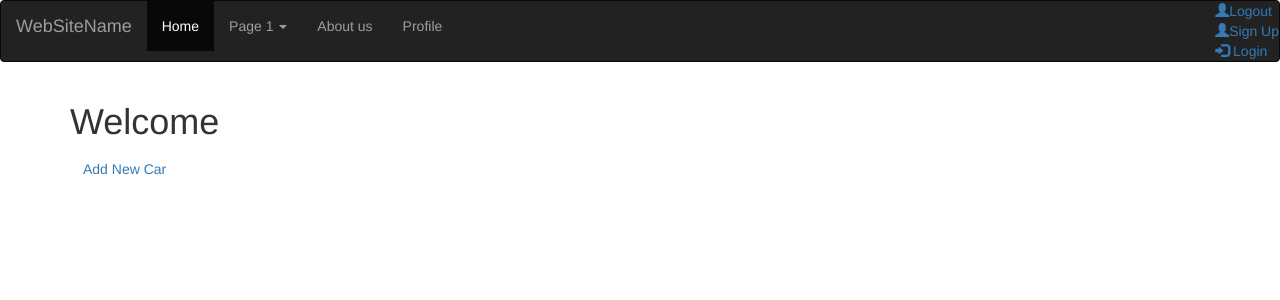
Repository: Ahmad-hamdan98/Java_Project
Page: http://localhost/javaproject/WIB-INF/ShowAll.jsp
These files come from the project's save history. The page is drawn as it stood at one moment and after the next save; the edit follows.
The browser window is 1280 px wide. The pictures show the whole page.
The page is served by Tomcat 9.

Above is the page before, as saved 2022-11-19 15:44:22.

After the next save:
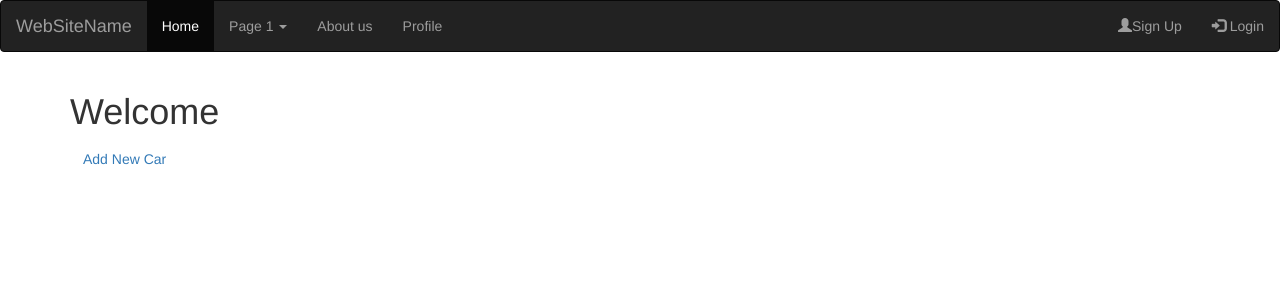
Saved 39 s later.
--- a/atfirst/javaproject/src/main/webapp/WIB-INF/ShowAll.jsp
+++ b/atfirst/javaproject/src/main/webapp/WIB-INF/ShowAll.jsp
@@ -1,3 +1,15 @@
+
+
+ <%@ page language="java" contentType="text/html; charset=UTF-8" pageEncoding="UTF-8"%>
+<!-- c:out ; c:forEach etc. -->
+<%@taglib uri="http://java.sun.com/jsp/jstl/core" prefix="c"%>
+<!-- Formatting (dates) -->
+<%@taglib uri="http://java.sun.com/jsp/jstl/fmt" prefix="fmt"%>
+<!-- form:form -->
+<%@ taglib prefix="form" uri="http://www.springframework.org/tags/form"%>
+<!-- for rendering errors on PUT routes -->
+<%@ page isErrorPage="true" %>
+
    <!DOCTYPE html>
 <html lang="en">
 <head>
